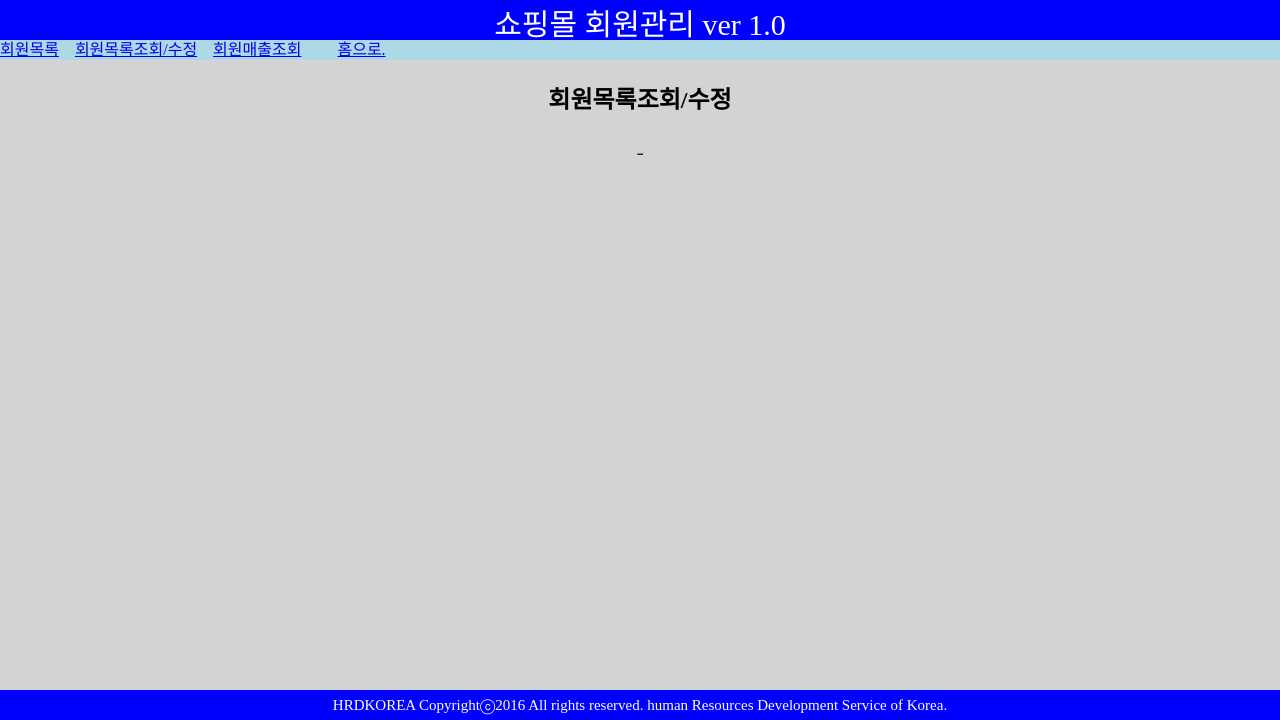
Repository: RnfElwl/youtube_infoT
Page: http://localhost/HRD_30812/list.jsp
These files come from the project's save history. The page is drawn as it stood at one moment and after the next save; the edit follows.
The browser window is 1280 px wide. The pictures show the whole page.
The page is served by Tomcat 9. Other server files are loaded and not shown.

Above is the page before, as saved 2022-03-21 15:01:08.

### HRD_30812/src/main/webapp/list.jsp
<%@ page language="java" contentType="text/html; charset=UTF-8"
    pageEncoding="UTF-8"%>
<!DOCTYPE html>
<html>
<head>
<meta charset="UTF-8">
<title>Insert title here</title>
</head>
<body style="margin:0; padding:0;">
	<jsp:include page="header.jsp"/>

	<section style="position:fixed; top:60px; width:100%; height:100%; background-color:lightgray ">
	 <h2 style="text-align:center">회원목록조회/수정</h2><br>

	 <form style="display:flex; justify-content: center; align-items: center ">
	 <table border="1"></table>
	 </form>

	</section>
	<jsp:include page="footer.jsp"/>
</body>
</html>

### HRD_30812/src/main/webapp/header.jsp
<%@ page language="java" contentType="text/html; charset=UTF-8"
    pageEncoding="UTF-8"%>
<!DOCTYPE html>
<html>
<head>
<meta charset="UTF-8">
<title>header</title>
</head>
<body>
<header style="position:fixed; top:0px; width:100%; height:40px;
	background-color:blue; color:white; font-size:30px; text-align:center;
	 line-height:40px '"> 쇼핑몰 회원관리 ver 1.0</header>
	 <nav style="position:fixed; top:40px; width:100%; height:20px;
	background-color:lightblue; color:white; line-height:20px ">
	<a href="join.jsp">회원목록</a> &nbsp;&nbsp;
	<a href="list.jsp">회원목록조회/수정</a> &nbsp;&nbsp;
	<a href="salary.jsp">회원매출조회</a> &nbsp; &nbsp; &nbsp; &nbsp;
	<a href="index.jsp">홈으로.</a>
	</nav>
</body>
</html>

### HRD_30812/src/main/webapp/footer.jsp
<%@ page language="java" contentType="text/html; charset=UTF-8"
    pageEncoding="UTF-8"%>
<!DOCTYPE html>
<html>
<head>
<meta charset="UTF-8">
<title>footer</title>
</head>
<body>
	<footer style="position:fixed; bottom:0px; width:100%; height:30px;
	background-color:blue; color:white; text-align:center; line-height:30px; font-size:15px ">
	 HRDKOREA Copyrightⓒ2016 All rights reserved. human Resources Development Service of Korea.
	 </footer>
</body>
</html>

After the next save:
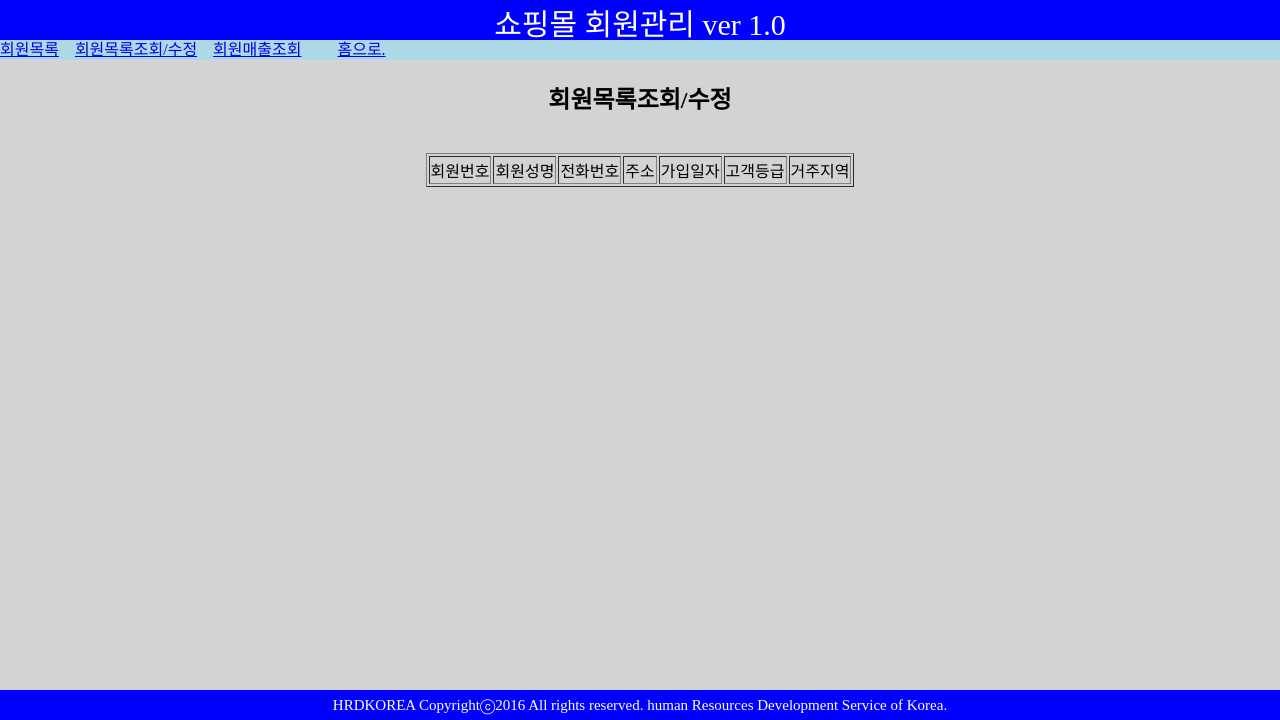
Saved 83 s later.
--- a/HRD_30812/src/main/webapp/list.jsp
+++ b/HRD_30812/src/main/webapp/list.jsp
@@ -13,7 +13,19 @@
 	 <h2 style="text-align:center">회원목록조회/수정</h2><br>
 
 	 <form style="display:flex; justify-content: center; align-items: center ">
-	 <table border="1"></table>
+	 <table border="1">
+
+	 <tr>
+	 	<td>회원번호</td>
+	 	<td>회원성명</td>
+	 	<td>전화번호</td>
+	 	<td> 주소  </td>
+	 	<td>가입일자</td>
+	 	<td>고객등급</td>
+	 	<td>거주지역</td>
+	 </tr>
+
+	 </table>
 	 </form>
 
 	</section>
